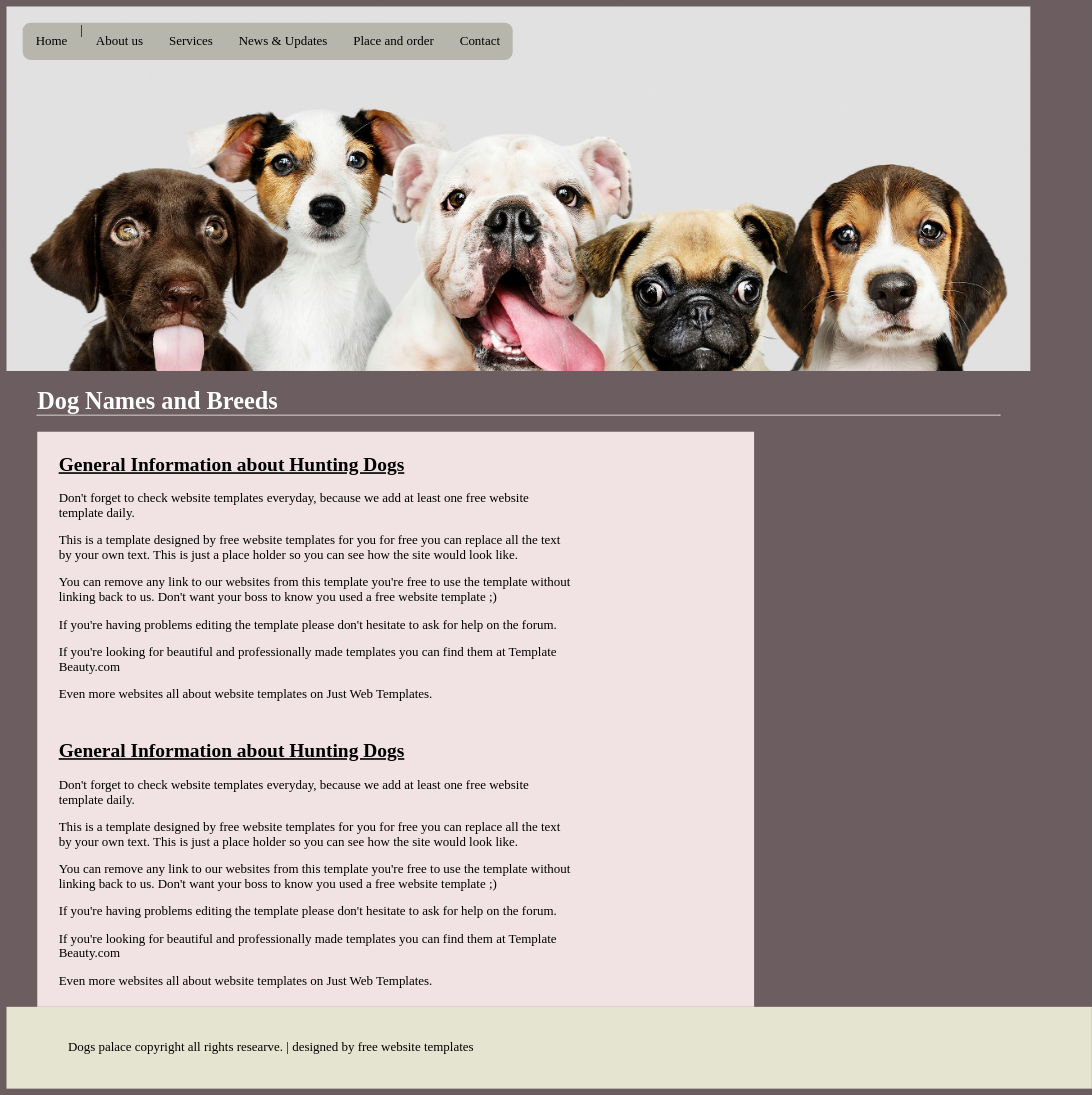
Repository: Tayma-Kazmouz/labwork
Page: index.html
The author's editor kept a copy of each file at every save. The page is drawn from the files as they stood at one save, then again after the next save.
The browser window is 1280 px wide. The page is 1348 px wide, so the pictures cover 1348 px, including what lies to the right of the window. The pictures show the whole page, at 81% of full size.

Above is the page before, as saved 2022-04-04 17:16:41.

### index.html
<!DOCTYPE html>
<html lang="en">
<head>
    <meta charset="UTF-8">
    <meta http-equiv="X-UA-Compatible" content="IE=edge">
    <meta name="viewport" content="width=device-width, initial-scale=1.0">
    <title>LabWork1</title>
    <link rel="stylesheet" href="styles.css">
</head>
<body>
    <div class="banner">
          <div class="nav">
            <ul>
                <li><a class="active" href="#">Home</a></li>
                <li>|</li>
                <li><a href="#">About us</a></li>
                <li><a href="#">Services</a></li>
                <li><a href="#">News & Updates</a></li>
                <li><a href="#">Place and order</a></li>
                <li><a href="#">Contact</a></li>
            </ul>
        </div>
      </div>
      <h1>Dog Names and Breeds</h1>
      <hr style="margin-top: 0px; width: 94%; border-top: 0.5px;">
      <div class="container-one">

          <h2>General Information about Hunting Dogs</h2>
          <p>Don't forget to check website templates everyday, because we add at least one free website template daily.</p>
          <p>This is a template designed by free website templates for you for free you can replace all the text by your own text. This is just a place holder so you can see how the site would look like.</p>
          <p>You can remove any link to our websites from this template you're free to use the template without linking back to us. Don't want your boss to know you used a free website template ;)</p>
          <p>If you're having problems editing the template please don't hesitate to ask for help on the forum.</p>
          <p>If you're looking for beautiful and professionally made templates you can find them at Template Beauty.com</p>
          <p>Even more websites all about website templates on Just Web Templates.</p>

          <h2>General Information about Hunting Dogs</h2>
          <p>Don't forget to check website templates everyday, because we add at least one free website template daily.</p>
          <p>This is a template designed by free website templates for you for free you can replace all the text by your own text. This is just a place holder so you can see how the site would look like.</p>
          <p>You can remove any link to our websites from this template you're free to use the template without linking back to us. Don't want your boss to know you used a free website template ;)</p>
          <p>If you're having problems editing the template please don't hesitate to ask for help on the forum.</p>
          <p>If you're looking for beautiful and professionally made templates you can find them at Template Beauty.com</p>
          <p>Even more websites all about website templates on Just Web Templates.</p>
      </div>

      <div class="footer">
            <p class="reserved">Dogs palace copyright all rights researve. | designed by free website templates </p>
      </div>
</body>
</html>

### styles.css
body{
    background-color: rgb(107, 93, 96);
}

.banner{
    background-image: url(images/banner.jpg);
    height: 450px;
    position: relative;
    background-position: center;
    background-repeat: no-repeat;
    background-size: cover;
}

.nav{
    background-color: rgba(180, 180, 171, 0.952);
    border-radius: 10px;
    width: auto;
    position: absolute;
    margin: 20px;
}
ul {
    list-style-type: none;
    margin: 0;
    padding: 0;
    overflow: hidden;
  }

  li {
    float: left;
  }

  li a {
    display: block;
    color: black;
    text-align: center;
    padding: 14px 16px;
    text-decoration: none;
  }

h1{
    color: white;
    font-weight: 600px;
    font-size: 30px;
    margin-bottom: 0;
    margin-left: 3%;
}

.container-one{
    background-color: rgb(241, 227, 227);
    position: relative;
    left: 3%;
    width: 70%;
    height: 710px;
}

h2{
    text-decoration: underline;
    padding-left: 3%;
    padding-right: 25%;
    padding-top: 3%;
}

p{
    padding-left: 3%;
    padding-right: 25%;
}

.footer{
    background-color: rgb(228, 228, 208);
    width: 100%;
    position: relative;
    padding: 2% 3% 2% 3%;
}

.researved{

}

After the next save:
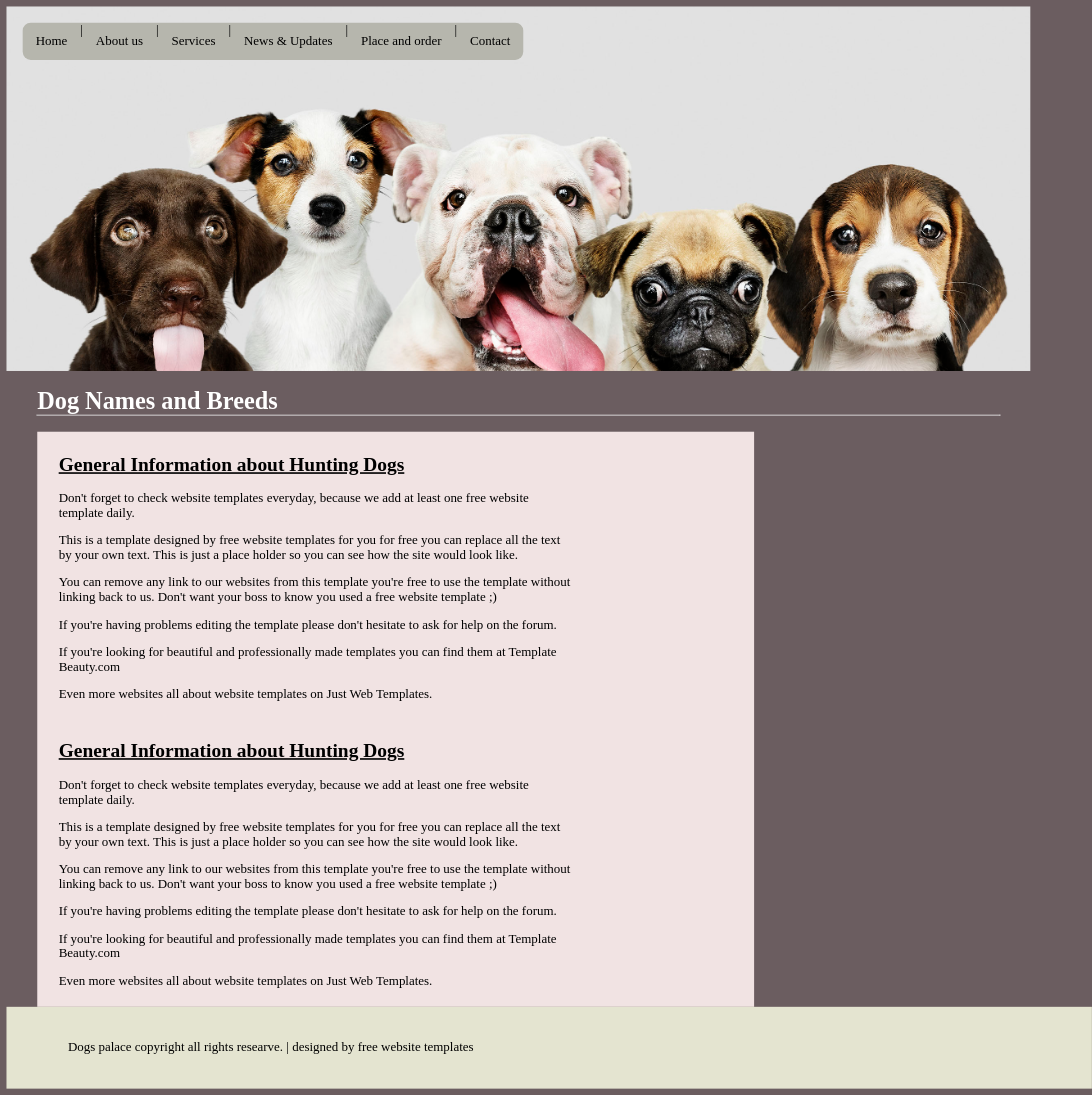
Saved 18 s later.
--- a/index.html
+++ b/index.html
@@ -14,9 +14,13 @@
                 <li><a class="active" href="#">Home</a></li>
                 <li>|</li>
                 <li><a href="#">About us</a></li>
+                <li>|</li>
                 <li><a href="#">Services</a></li>
+                <li>|</li>
                 <li><a href="#">News & Updates</a></li>
+                <li>|</li>
                 <li><a href="#">Place and order</a></li>
+                <li>|</li>
                 <li><a href="#">Contact</a></li>
             </ul>
         </div>
